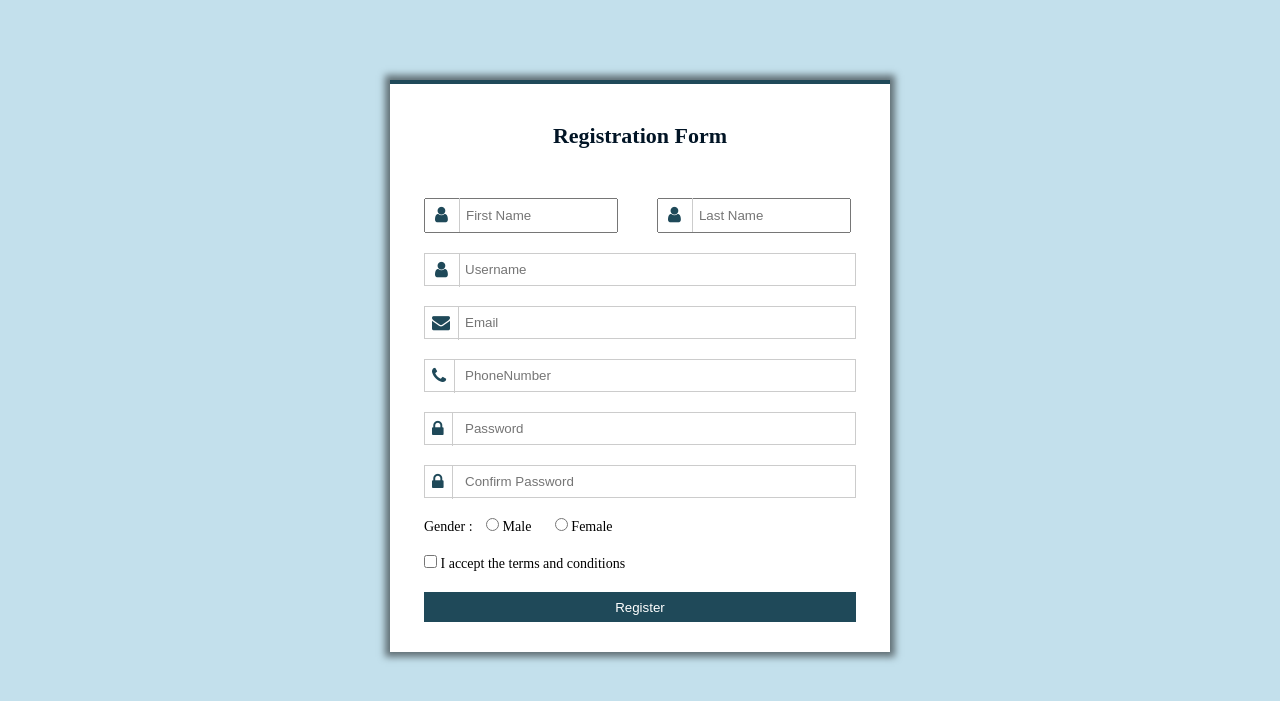
Repository: sampanna17/javabackup
Page: http://localhost/EvoX_CW/pages/register.jsp
The author's editor kept a copy of each file at every save. The page is drawn from the files as they stood at one save, then again after the next save.
The browser window is 1280 px wide. The pictures show the whole page.
The page is served by Tomcat 9. Other server files are loaded and not shown.

Above is the page before, as saved 2024-05-05 11:46:36.

### EvoX_CW/src/main/webapp/pages/register.jsp
<%@page import="utils.StringUtils"%>
<%@ page language="java" contentType="text/html; charset=ISO-8859-1"
	pageEncoding="ISO-8859-1"%>

<%
String contextPath = request.getContextPath();
%>
<!DOCTYPE html>
<html lang="en">
<head>
    <meta charset="UTF-8">
    <meta name="viewport" content="width=device-width, initial-scale=1.0">
    <title>Registration Form</title>
    <link rel="stylesheet" type="text/css" href="../stylesheets/register.css"/>
    <link rel="stylesheet" href="https://cdnjs.cloudflare.com/ajax/libs/font-awesome/4.7.0/css/font-awesome.min.css">
</head>

<body>
    <div class="container">

    	<%-- Display error message --%>
		<%
		String errorMessage = (String) request.getAttribute(StringUtils.MESSAGE_ERROR);
		if(errorMessage != null && !errorMessage.isEmpty()){
		%>
		<p class= "error-message"><%=errorMessage%></p>
		<%
		}
		%>

        <h1>Registration Form</h1>
        <div class="form-container">
        <form action="<%=contextPath%>/registerstudent" method="post">

               <div class="input-name">
                    <i class="fa fa-user lock"></i>
                    <input type="text" placeholder="First Name" class="name">

                    <span>
                        <i class="fa fa-user lock"></i>
                        <input type="text" placeholder="Last Name" class="name">
                    </span>

                </div>
                <div class="input-name">
                    <i class="fa fa-user lock"></i>
                    <input type="text" placeholder="Username" class="text-name">
                </div>

                <div class="input-name">
                    <i class="fa fa-envelope email"></i>
                    <input type="email" placeholder="Email" class="text-name">
                </div>
                <div class="input-name">
                    <i class="fa fa-phone"></i>
                    <input type="text" placeholder="PhoneNumber" class="text-name">
                </div>
                <div class="input-name">
                    <i class="fa fa-lock"></i>
                    <input type="password" placeholder="Password" class="text-name">
                </div>
                <div class="input-name">
                    <i class="fa fa-lock"></i>
                    <input type="password" placeholder="Confirm Password" class="text-name">
                </div>
                <div class="input-name">
                    <p style="display: inline-block; margin-right: 10px;">Gender :</p>
                    <input type="radio" class="radio" name="r1" style="display: inline-block;">
                    <label style="margin-right: 20px; display: inline-block;">Male</label>

                    <input type="radio" class="radio1" name="r1" style="display: inline-block;">
                    <label style="display: inline-block;">Female</label>
                </div>

                <div class="input-name">
                    <input type="checkbox" class="check-button">
                    <label> I accept the terms and conditions</label>
                </div>
                <div class="input-name">
                    <input type="submit" class="button" value="Register">
                </div>

        </form>
            <%
			String errMsg = (String) request.getAttribute(StringUtils.MESSAGE_ERROR);
			String successMsg = (String) request.getAttribute(StringUtils.MESSAGE_SUCCESS);

			if (errMsg != null) {
			// print
			%>
			<h4 class="error-msg">
				<%
				out.println(errMsg);
				%>
			</h4>
			<%
			}

			if (successMsg != null) {
			// print
			%>
			<h4 class="success-msg">
				<%
				out.println(successMsg);
				%>
			</h4>
			<%
			}
			%>
        </div>
    </div>
</body>

</html>

### EvoX_CW/src/main/webapp/stylesheets/register.css
@charset "ISO-8859-1";

*
{
    margin:0;
    padding:0;
    box-sizing: border-box;
}
body{
    font-size: 14px;
    background-color:#c3e0ec;
}

.container{
    background-color: white;
    width:500px;
    padding: 10px;
    margin:80px auto 0;
    border-top: 4px solid#1F4959;
    box-shadow: 0 0 7px 5px rgba(0, 0, 0, 0.5);
    justify-content: center; /* Center horizontally */
    align-items: center; /* Center vertically */
}


.container h1{
    font-size: 22px;
    line-height: 24px;
    padding:30px;
    text-align: center;
    color:#011425

}
.input-name
{
    width:90%;
    position: relative;
    margin: 20px auto;
}

.lock{
    padding:8px 11px;
}

.name{
    width: 45%;
    padding:8px 0 8px 40px ;
}

.input-name span{
    margin-left: 35px;

}
.text-name{
    width:100%;
    padding:8px 0 8px 40px ;
}

.input-name i
{
    position: absolute;
    font-size: 18px;
    color:#1f4959;
    border-right: 1px solid #cccccc;

}
.email{
    padding:8px;
}
.input-name i.fa-lock{
    padding: 8px;
}
.input-name i.fa-phone{
    padding: 8px;
}

.text-name,name{
    border: 1px solid #cccccc;
    outline: none;
}
r1{
    margin-right: 4px ;
}

.button{
    background-color:#1f4959;
    color: white;
    height: 30px;
    width:100%;
    border: none;
    outline: none;
    cursor: pointer;

}
.button:hover{
    background-color:#c3e0ec;
}

After the next save:
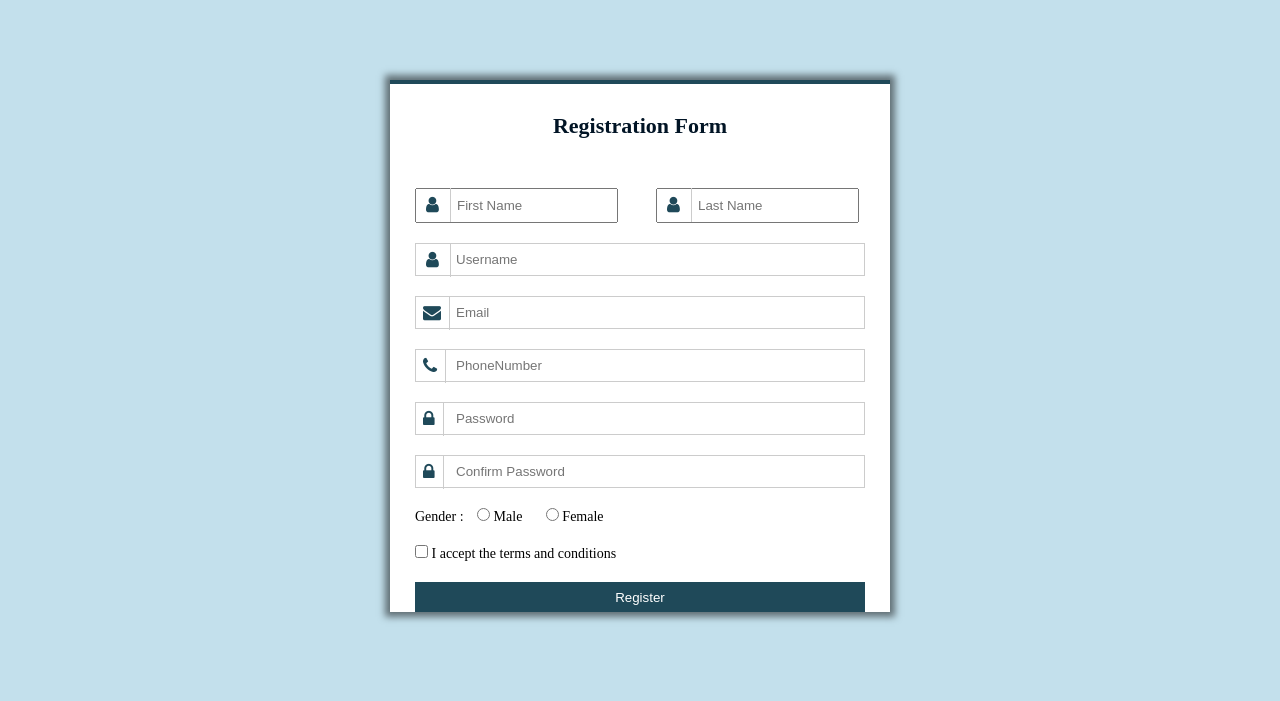
Saved 9 s later.
--- a/EvoX_CW/src/main/webapp/stylesheets/register.css
+++ b/EvoX_CW/src/main/webapp/stylesheets/register.css
@@ -14,7 +14,7 @@
 .container{
     background-color: white;
     width:500px;
-    padding: 10px;
+    padding: 0px;
     margin:80px auto 0;
     border-top: 4px solid#1F4959;
     box-shadow: 0 0 7px 5px rgba(0, 0, 0, 0.5);

After the save that followed:
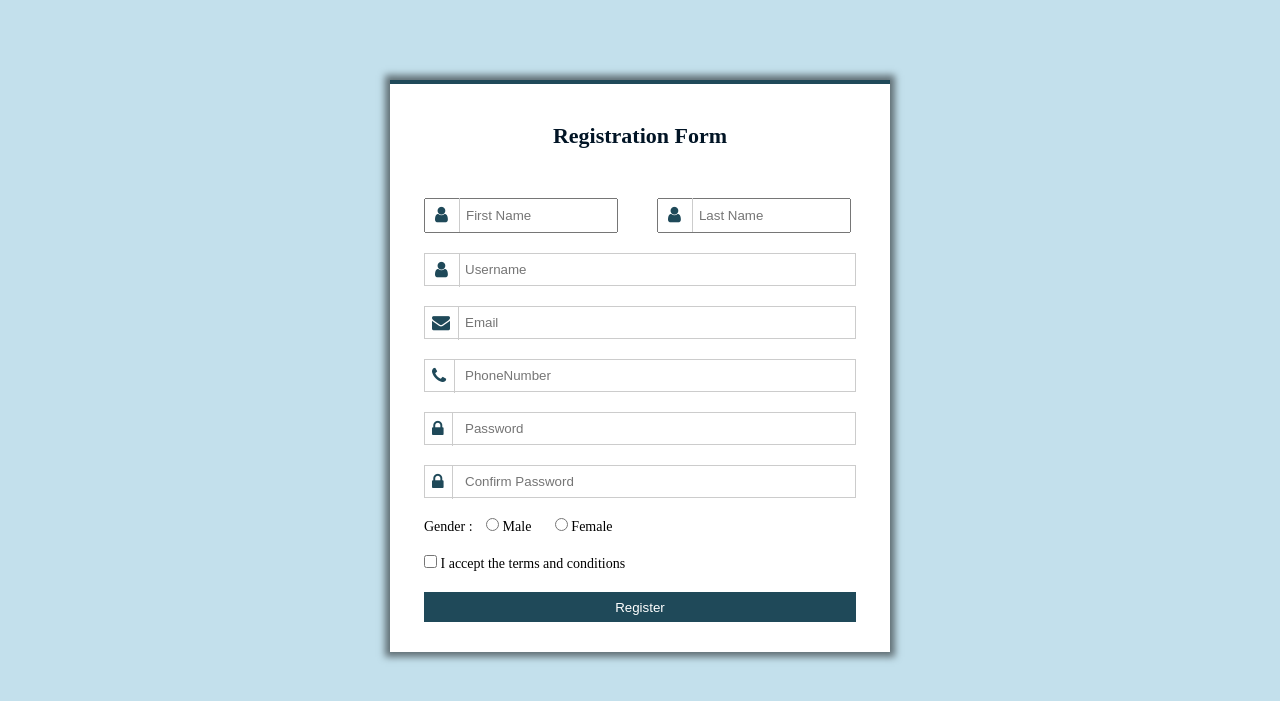
Saved 14 s later.
--- a/EvoX_CW/src/main/webapp/stylesheets/register.css
+++ b/EvoX_CW/src/main/webapp/stylesheets/register.css
@@ -14,7 +14,7 @@
 .container{
     background-color: white;
     width:500px;
-    padding: 0px;
+    padding: 10px;
     margin:80px auto 0;
     border-top: 4px solid#1F4959;
     box-shadow: 0 0 7px 5px rgba(0, 0, 0, 0.5);
